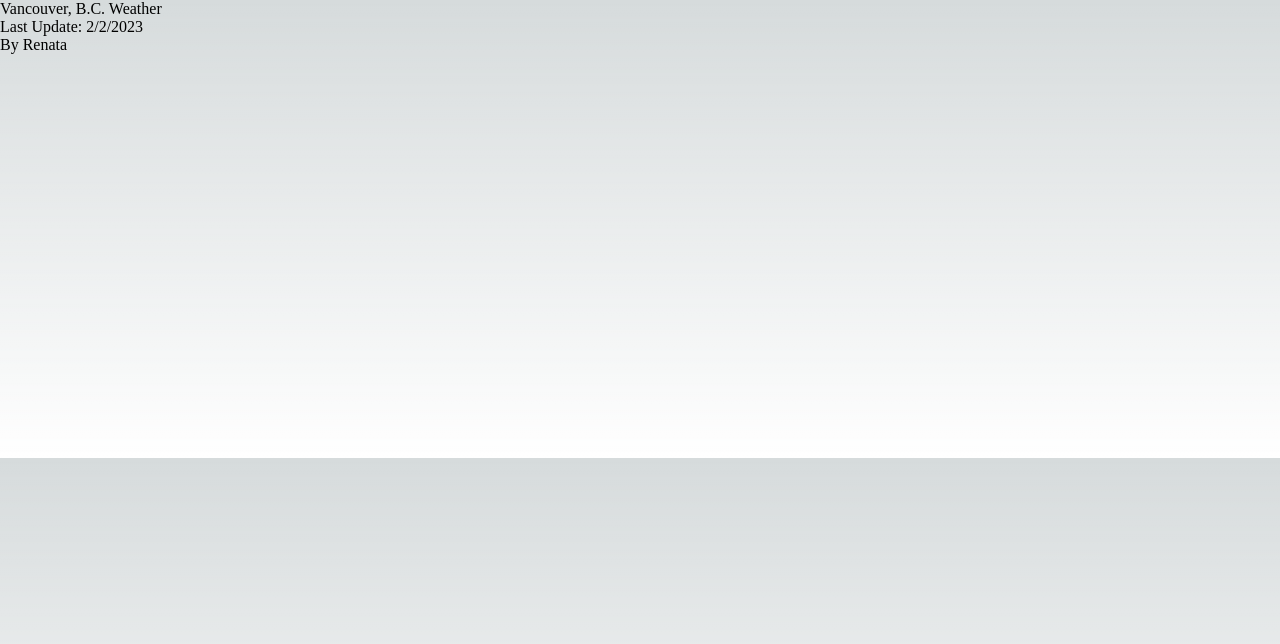
Repository: RenataDzotova/WeatherMate
Page: /
An editor plug-in stored every save of this project. The page is shown before and after the next save, followed by the edit.
The browser window is 1280 px wide. The pictures show the whole page.
The project was rebuilt for these pictures with package versions that can differ from the ones it lists, and the page was loaded fresh each time. The framework's server and built-in components were replaced by stand-ins that run in the browser. Also part of the build but not shown: next.config.js.

Above is the page before, as saved 2023-02-23 21:29:19.

After the next save:
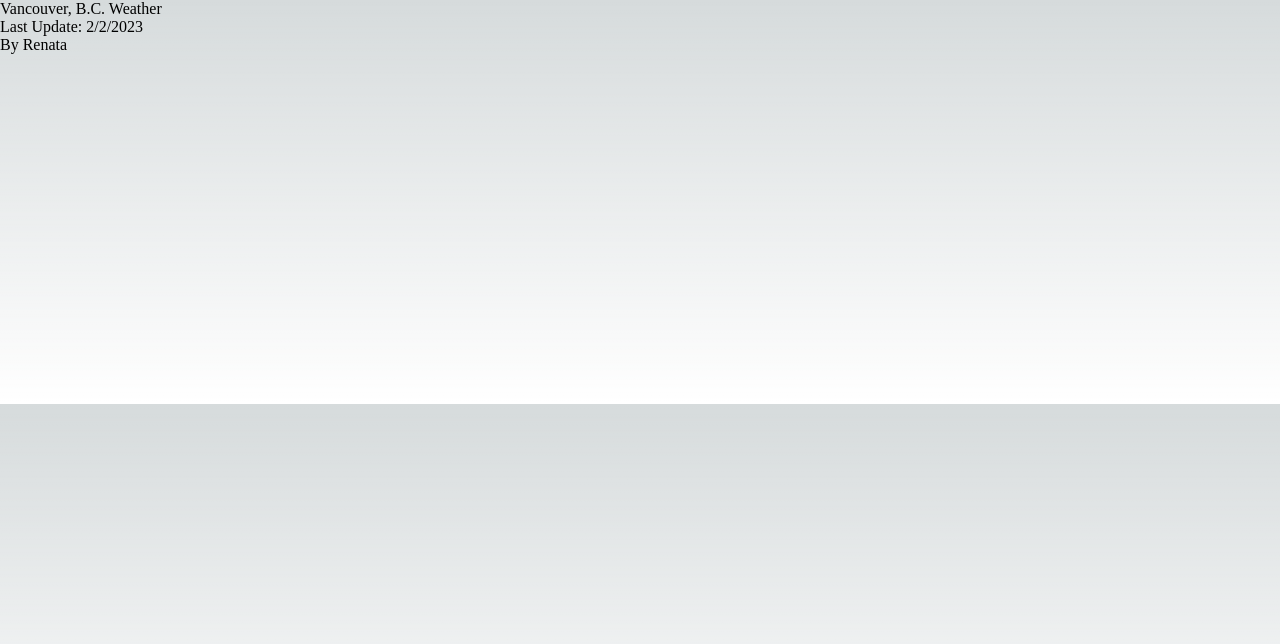
Saved 94 s later.
--- a/pages/index.js
+++ b/pages/index.js
@@ -127,7 +127,7 @@
         <meta name="viewport" content="width=device-width, initial-scale=1" />
         <link rel="icon" href="/logo.svg.ico" />
       </Head> */}
-      <main style={{width:"100%"}}>
+      <main style={{width:"100%", display:"flex"}}>
         <div >
           <p>
             Vancouver, B.C. Weather <br/>

After the save that followed:
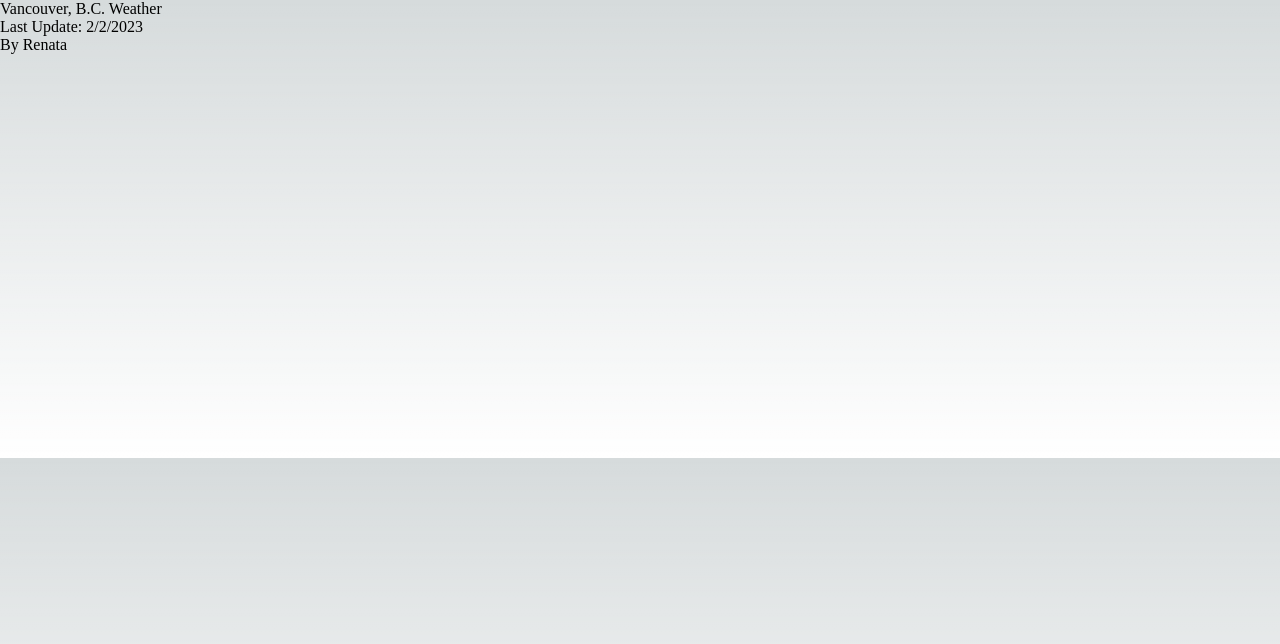
Saved 17 s later.
--- a/pages/index.js
+++ b/pages/index.js
@@ -127,7 +127,7 @@
         <meta name="viewport" content="width=device-width, initial-scale=1" />
         <link rel="icon" href="/logo.svg.ico" />
       </Head> */}
-      <main style={{width:"100%", display:"flex"}}>
+      <main style={{width:"100%", display:"flex", flexDirection: "column"}}>
         <div >
           <p>
             Vancouver, B.C. Weather <br/>
